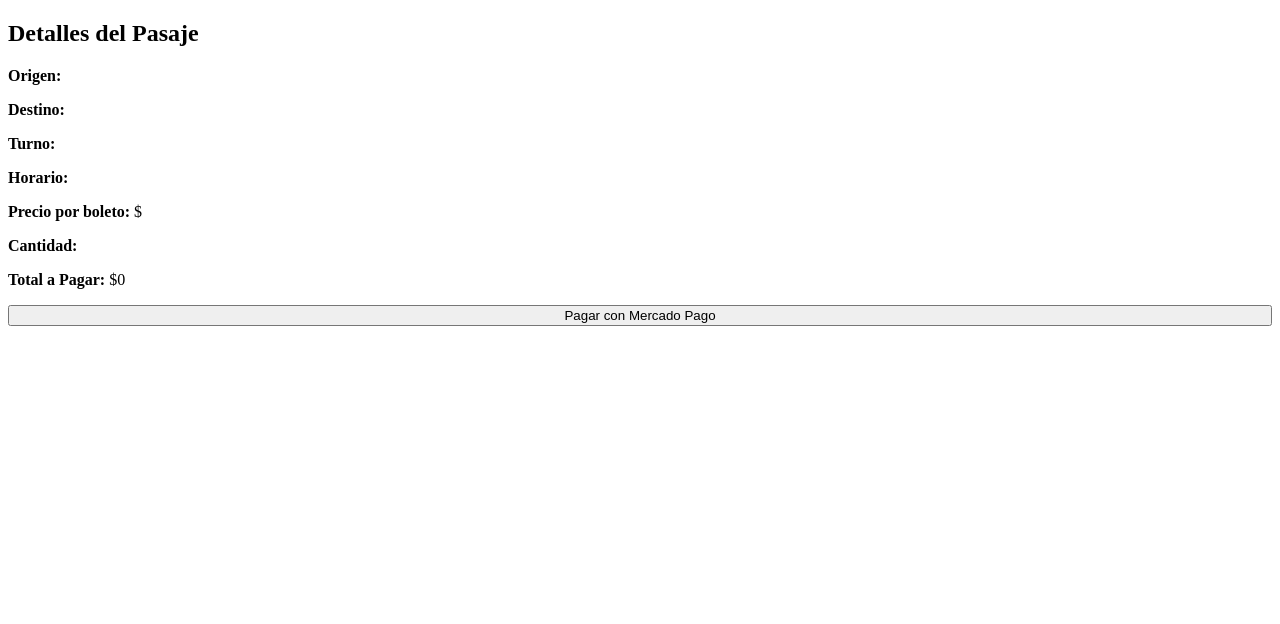
Repository: francoluca35/ventaboletos
Page: /pago
The author's editor kept a copy of each file at every save. The page is drawn from the files as they stood at one save, then again after the next save.
The browser window is 1280 px wide. The pictures show the whole page.
The project was rebuilt for these pictures with package versions that can differ from the ones it lists, and the page was loaded fresh each time. The framework's server and built-in components were replaced by stand-ins that run in the browser. Also part of the build but not shown: next.config.mjs.

Above is the page before, as saved 2025-03-17 20:13:26.

### src/app/layout.js
import { Geist, Geist_Mono } from "next/font/google";
import "./globals.css";
import "./style/tailwinds.css"
const geistSans = Geist({
  variable: "--font-geist-sans",
  subsets: ["latin"],
});

const geistMono = Geist_Mono({
  variable: "--font-geist-mono",
  subsets: ["latin"],
});

export const metadata = {
  title: "Create Next App",
  description: "Generated by create next app",
};

export default function RootLayout({ children }) {
  return (
    <html lang="en">
      <body
        className={`${geistSans.variable} ${geistMono.variable} antialiased`}
      >
        {children}
      </body>
    </html>
  );
}

### src/app/pago/page.js
"use client";

import { useSearchParams } from "next/navigation";

export default function Pago() {
  const searchParams = useSearchParams();
  const origen = searchParams.get("origen");
  const destino = searchParams.get("destino");
  const horario = searchParams.get("horario"); // ✅ Se corrige el nombre del parámetro
  const hora = searchParams.get("hora"); // ✅ Ahora obtenemos la hora correctamente
  const precio = searchParams.get("precio");
  const cantidad = searchParams.get("cantidad");

  const total = precio * cantidad;

  return (
    <div className="p-6 max-w-md mx-auto bg-white rounded-lg shadow-md">
      <h2 className="text-xl font-bold mb-4">Detalles del Pasaje</h2>
      <p><strong>Origen:</strong> {origen}</p>
      <p><strong>Destino:</strong> {destino}</p>
      <p><strong>Turno:</strong> {horario}</p>  {/* ✅ Ahora se llama "horario" en ambos archivos */}
      <p><strong>Horario:</strong> {hora}</p>  {/* ✅ Se muestra correctamente la hora */}
      <p><strong>Precio por boleto:</strong> ${precio}</p>
      <p><strong>Cantidad:</strong> {cantidad}</p>
      <p><strong>Total a Pagar:</strong> ${total}</p>

      <button className="bg-blue-500 text-white p-3 rounded mt-4 w-full">
        Pagar con Mercado Pago
      </button>
    </div>
  );
}

Loaded but not shown: src/app/globals.css (common file); src/app/style/tailwinds.css (common file)

After the next save:
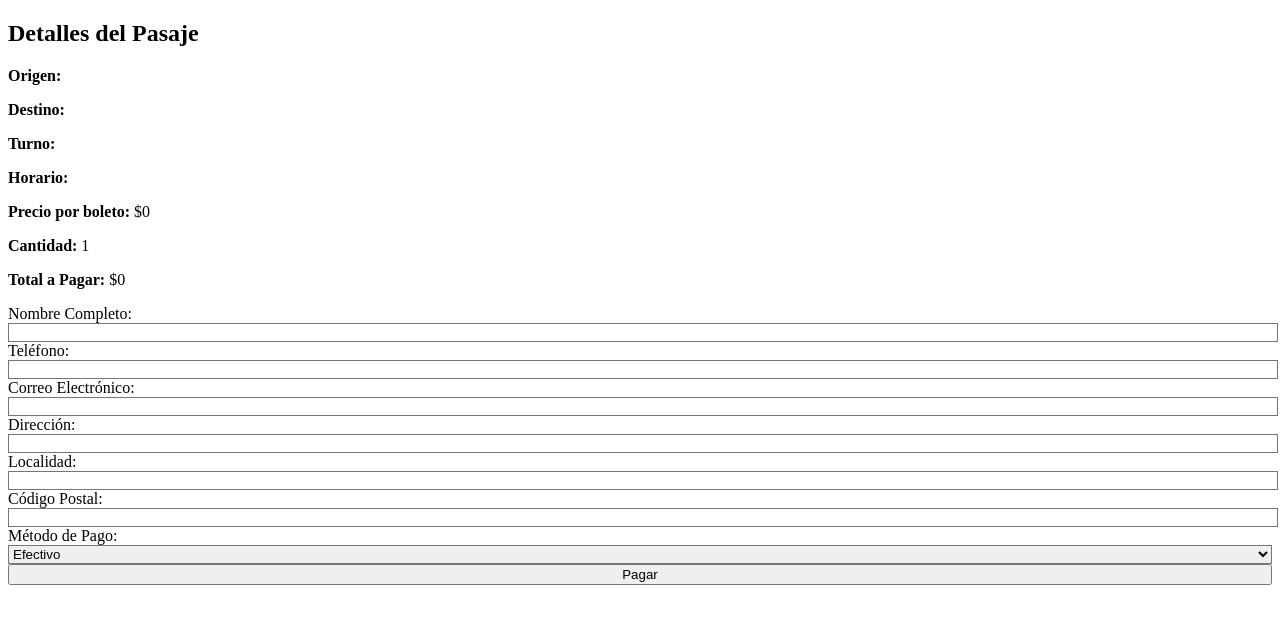
Saved 4 min 59 s later.
--- a/src/app/pago/page.js
+++ b/src/app/pago/page.js
@@ -1,32 +1,94 @@
 "use client";
 
+import { useState } from "react";
 import { useSearchParams } from "next/navigation";
 
 export default function Pago() {
   const searchParams = useSearchParams();
   const origen = searchParams.get("origen");
   const destino = searchParams.get("destino");
-  const horario = searchParams.get("horario"); // ✅ Se corrige el nombre del parámetro
-  const hora = searchParams.get("hora"); // ✅ Ahora obtenemos la hora correctamente
-  const precio = searchParams.get("precio");
-  const cantidad = searchParams.get("cantidad");
+  const horario = searchParams.get("horario");
+  const hora = searchParams.get("hora");
+  const precio = parseFloat(searchParams.get("precio")) || 0;
+  const cantidad = parseInt(searchParams.get("cantidad")) || 1;
+  const total = precio * cantidad;
 
-  const total = precio * cantidad;
+  const [formData, setFormData] = useState({
+    nombreCompleto: "",
+    telefono: "",
+    correo: "",
+    direccion: "",
+    localidad: "",
+    codigoPostal: "",
+    metodoPago: "Efectivo",
+  });
+
+  const handleChange = (e) => {
+    setFormData({
+      ...formData,
+      [e.target.name]: e.target.value,
+    });
+  };
+
+  const handleSubmit = (e) => {
+    e.preventDefault();
+    console.log("Datos de compra:", formData);
+    alert("Compra realizada con éxito");
+  };
 
   return (
     <div className="p-6 max-w-md mx-auto bg-white rounded-lg shadow-md">
       <h2 className="text-xl font-bold mb-4">Detalles del Pasaje</h2>
       <p><strong>Origen:</strong> {origen}</p>
       <p><strong>Destino:</strong> {destino}</p>
-      <p><strong>Turno:</strong> {horario}</p>  {/* ✅ Ahora se llama "horario" en ambos archivos */}
-      <p><strong>Horario:</strong> {hora}</p>  {/* ✅ Se muestra correctamente la hora */}
+      <p><strong>Turno:</strong> {horario}</p>
+      <p><strong>Horario:</strong> {hora}</p>
       <p><strong>Precio por boleto:</strong> ${precio}</p>
       <p><strong>Cantidad:</strong> {cantidad}</p>
       <p><strong>Total a Pagar:</strong> ${total}</p>
 
-      <button className="bg-blue-500 text-white p-3 rounded mt-4 w-full">
-        Pagar con Mercado Pago
-      </button>
+      <form onSubmit={handleSubmit} className="mt-4">
+        <div className="mb-2">
+          <label className="block text-gray-700">Nombre Completo:</label>
+          <input type="text" name="nombreCompleto" value={formData.nombreCompleto} onChange={handleChange} className="w-full p-2 border rounded" required />
+        </div>
+
+        <div className="mb-2">
+          <label className="block text-gray-700">Teléfono:</label>
+          <input type="tel" name="telefono" value={formData.telefono} onChange={handleChange} className="w-full p-2 border rounded" required />
+        </div>
+
+        <div className="mb-2">
+          <label className="block text-gray-700">Correo Electrónico:</label>
+          <input type="email" name="correo" value={formData.correo} onChange={handleChange} className="w-full p-2 border rounded" required />
+        </div>
+
+        <div className="mb-2">
+          <label className="block text-gray-700">Dirección:</label>
+          <input type="text" name="direccion" value={formData.direccion} onChange={handleChange} className="w-full p-2 border rounded" required />
+        </div>
+
+        <div className="mb-2">
+          <label className="block text-gray-700">Localidad:</label>
+          <input type="text" name="localidad" value={formData.localidad} onChange={handleChange} className="w-full p-2 border rounded" required />
+        </div>
+
+        <div className="mb-2">
+          <label className="block text-gray-700">Código Postal:</label>
+          <input type="text" name="codigoPostal" value={formData.codigoPostal} onChange={handleChange} className="w-full p-2 border rounded" required />
+        </div>
+
+        <div className="mb-4">
+          <label className="block text-gray-700">Método de Pago:</label>
+          <select name="metodoPago" value={formData.metodoPago} onChange={handleChange} className="w-full p-2 border rounded">
+            <option value="Efectivo">Efectivo</option>
+            <option value="Transferencia">Transferencia</option>
+            <option value="Mercado Pago">Mercado Pago</option>
+          </select>
+        </div>
+
+        <button type="submit" className="bg-blue-500 text-white p-3 rounded w-full">Pagar</button>
+      </form>
     </div>
   );
 }
